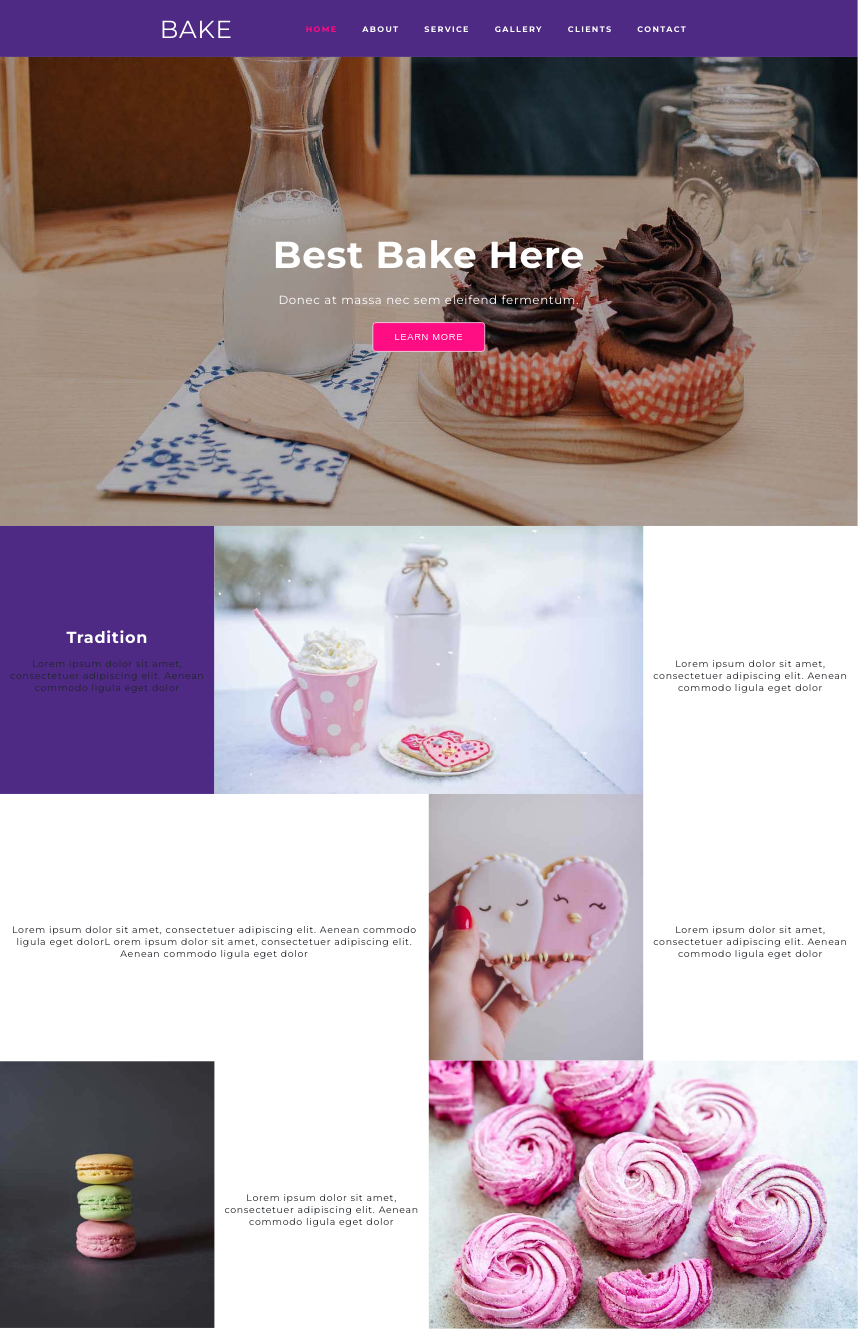
Repository: ducdatit2002/bake-cake
Page: index.html
An editor plug-in stored every save of this project. The page is shown before and after the next save, followed by the edit.
The browser window is 1280 px wide. The pictures show the whole page, at 67% of full size.

Above is the page before, as saved 2023-07-13 12:34:20.

### index.html
<!DOCTYPE html>
<html lang="en">
<head>
    <meta charset="UTF-8">
    <meta name="viewport" content="width=device-width, initial-scale=1.0">
    <title>BAKE</title>
    <!-- FONT ICON -->
    <link rel="stylesheet" href="https://cdnjs.cloudflare.com/ajax/libs/font-awesome/6.4.0/css/all.min.css"
        integrity="sha512-iecdLmaskl7CVkqkXNQ/ZH/XLlvWZOJyj7Yy7tcenmpD1ypASozpmT/E0iPtmFIB46ZmdtAc9eNBvH0H/ZpiBw=="
        crossorigin="anonymous" referrerpolicy="no-referrer" />
    <!-- FONT GOOGLE -->
    <link rel="preconnect" href="https://fonts.googleapis.com">
    <link rel="preconnect" href="https://fonts.gstatic.com" crossorigin>
    <link href="https://fonts.googleapis.com/css2?family=Montserrat:wght@300;400;700&display=swap" rel="stylesheet">
    <!-- MAIN CSS -->
    <link rel="stylesheet" href="./index.css">

</head>
<body>
    <!-- HEADER -->
    <header>
        <div class="header__content">
            <p>BAKE</p>
            <nav>
                <ul>
                    <li class="active"><a href="#">HOME</a></li>
                    <li><a href="#">ABOUT</a></li>
                    <li><a href="#">SERVICE</a></li>
                    <li><a href="#">GALLERY</a></li>
                    <li><a href="#">CLIENTS</a></li>
                    <li><a href="#">CONTACT</a></li>
                </ul>
            </nav>
        </div>
    </header>
    <!-- CAROUSEL -->
    <section class="carousel">
        <div class="carousel__content">
            <h1>Best Bake Here</h1>
            <p>Donec at massa nec sem eleifend fermentum.</p>
            <button>LEARN MORE</button>
        </div>
    </section>
    <!-- INTRO -->
    <section class="intro">
        <div class="intro__item">
            <div>
                <h3>Tradition</h3>
                <p>Lorem ipsum dolor sit amet, consectetuer adipiscing elit. Aenean commodo ligula eget dolor</p>
            </div>
        </div>
        <div class="intro__item intro__ab1">
            <img src="./img/ab1.jpg" alt="intro 1">
        </div>
        <div class="intro__item">
            <div>
                <h3>Creativity</h3>
                <p>Lorem ipsum dolor sit amet, consectetuer adipiscing elit. Aenean commodo ligula eget dolor</p>
            </div>
        </div>
        <div class="intro__item intro__bake">
            <div>
                <h3>What We Bake Best For You</h3>
                <p>Lorem ipsum dolor sit amet, consectetuer adipiscing elit. Aenean commodo ligula eget dolorL orem ipsum dolor sit amet,
                consectetuer adipiscing elit. Aenean commodo ligula eget dolor</p>
            </div>
        </div>
        <div class="intro__item">
            <img src="./img/ab2.jpg" alt="intro 2">
        </div>
        <div class="intro__item">
            <div>
                <h3>Quality</h3>
                <p>Lorem ipsum dolor sit amet, consectetuer adipiscing elit. Aenean commodo ligula eget dolor</p>
            </div>
        </div>
        <div class="intro__item">
            <img src="./img/ab3.jpg" alt="intro 3">
        </div>
        <div class="intro__item">
            <div>
                <h3>Tasty Cakes</h3>
                <p>Lorem ipsum dolor sit amet, consectetuer adipiscing elit. Aenean commodo ligula eget dolor</p>
            </div>
        </div>
        <div class="intro__item intro__ab4">
            <img src="./img/ab4.jpg" alt="intro 4">
        </div>
    </section>
    <!-- NUMBER -->
    <section class="number"></section>
    <!-- SERVICES -->
    <section class="services"></section>
    <!-- GALLERY -->
    <section class="gallery"></section>
    <!-- TEAM MEMBER -->
    <section class="team"></section>
    <!-- FEEDBACK -->
    <section class="feedback"></section>
    <!-- CONTACT -->
    <section class="contact"></section>
    <!-- FOOTER -->
    <footer></footer>
</body>
</html>

### index.css
/* GLOBAL */
*{
    margin: 0;
    padding: 0;
    box-sizing: border-box;
}
html{
    font-size: 16px;
    /* 1 rem = 18px */
    /* Không khai báo thì 1 rem là 16px */

}
body {
    font-family: 'Montserrat', sans-serif;
    color: #212529;
    background-color: #fff;
    letter-spacing: 1px;
}
button {
    background-color: #ff0e83;
    border: 1px solid white;
    color: white;
    padding: 13px 32px;
    font-size: 0.875rem;
    border-radius: 5px;
    cursor: pointer;
    letter-spacing: 1px;
    transition: all 0.5s;
}
button:hover {
    background-color: white;
    color: black;
    border-color: #ff0e83;

}
/* HEADER */
header {
    background-color: #4e2a84;
    padding: 20px 0;
}
.header__content {
    width: 70%;
    margin: 0 auto;
    display: flex;
    justify-content: space-around;
    align-items: center;
}
.header__content ul {
    list-style: none;
}
.header__content ul a {
    text-decoration: none;
    color: white;
    font-weight: 700;
    font-size: 0.75rem;
    letter-spacing: 2px;
    /* transition-property: all;
    transition-duration: 1s;
    transition-delay: 0s;
    transition-timing-function: linear; */
    transition: all 1s;
}
.header__content ul a:hover {
    color: #ff0e83;
}
.header__content ul li {
    display: inline;
    margin: 0 1rem;
}
.header__content p {
    color: white;
    font-size: 2.3rem;
    /* 2.3 rem ~ 37px */
}
.header__content ul .active a {
    color: #ff0e83;
}

/* CAROUSEL */
.carousel{
    background-image: url(./img/b3.jpg);
    height: 700px;
    background-size: cover;
    background-position: center;
    color: white;
    text-align: center;
    display: flex;
    justify-content: center;
    align-items: center;
}
.carousel__content h1 {
    font-size: 3.5rem;
}
.carousel__content p {
    font-size: 1.1rem;
    padding: 23px 0;
}
/* INTRO */
.intro {
    display: grid;
    /* grid-template-columns: 25% 25% 25% 25%; */
    /* grid-template-columns: repeat(4, 25%); */
    /* fr: phân số */
    grid-template-columns: repeat(4,1fr);
}
.intro__ab1 {
    /* số line bắt đầu */
    /* số line kết thúc */
    /* số cột mà item chiếm */
    /* grid-column:2 / 4; */
    grid-column: 2/ span 2;
}
.intro__bake {
    /* grid-column: 1 / 3; */
    grid-column: 1 /span 2;
}
.intro__ab4 {
    grid-column: 3 / span 2;
}
.intro__item img {
    width: 100%;
    display: block;
}
.intro__item {
    display: flex;
    align-items: center;
    text-align: center;
}
.intro__item h3 {
    color: white;
    font-size: 1.5rem;
    font-weight: 700;
    margin-bottom: 1rem;
}
.intro__item p {
    font-size: 0.875rem;
    color: ;
}
.intro .intro__item:first-child {
    background-color: #4e2a84;

}

After the next save:
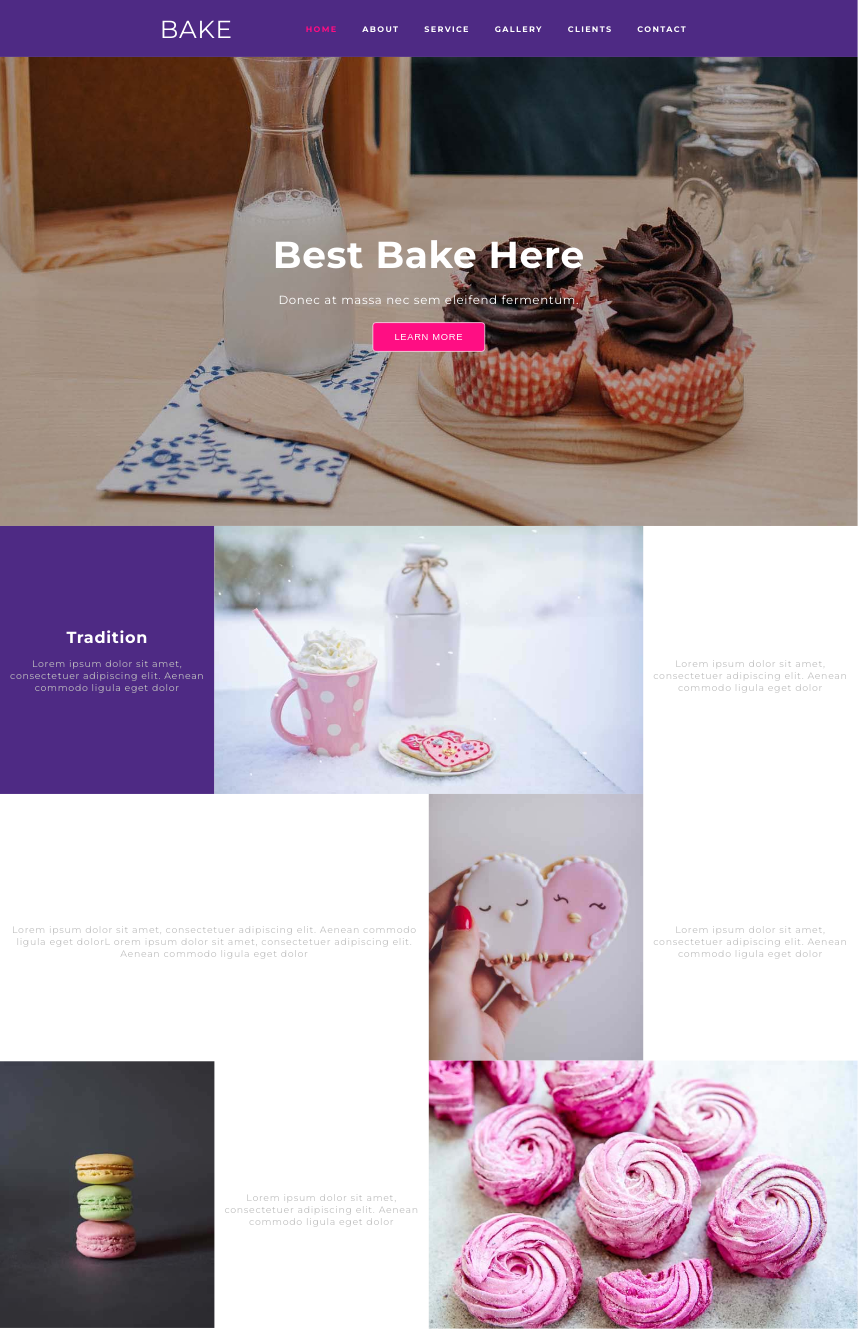
Saved 5 s later.
--- a/index.css
+++ b/index.css
@@ -134,7 +134,8 @@ header {
 }
 .intro__item p {
     font-size: 0.875rem;
-    color: ;
+    color: #c1c1c1;
+
 }
 .intro .intro__item:first-child {
     background-color: #4e2a84;
